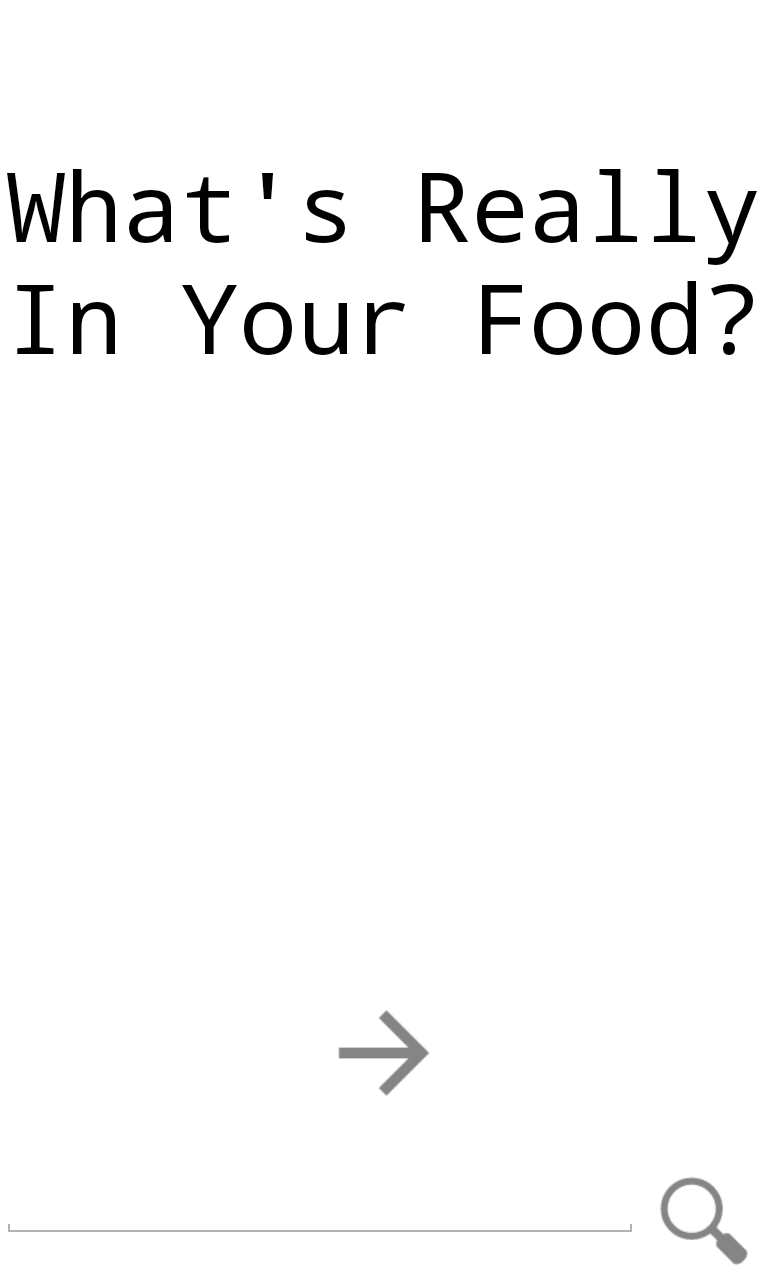
Repository: sehmon/workspace-eclipse
Layout: WhatAmIEating/res/layout/activity_scan.xml
The author's editor kept a copy of each file at every save. The layout is drawn from the files as they stood at one save, then again after the next save.
It is drawn on a 768 x 1280 px phone screen (xhdpi) without system bars, with theme android:Theme.Holo.Light.NoActionBar.Fullscreen; the app's code is not run. The app's manifest (not shown) leaves right-to-left support off. So textAlignment, textDirection and layoutDirection are ignored, and left and right values win over start and end ones.

Above is the layout before, as saved 2014-04-13 11:19:50.

### WhatAmIEating/res/layout/activity_scan.xml
<RelativeLayout xmlns:android="http://schemas.android.com/apk/res/android"
    xmlns:tools="http://schemas.android.com/tools"
    android:id="@+id/container"
    android:layout_width="match_parent"
    android:layout_height="match_parent" >

    <EditText
        android:id="@+id/editText1"
        android:layout_width="wrap_content"
        android:layout_height="wrap_content"
        android:layout_alignLeft="@+id/textView1"
        android:layout_alignParentBottom="true"
        android:layout_marginBottom="20dp"
        android:layout_toLeftOf="@+id/imageButton1"
        android:ems="10" />

    <ImageButton
        android:id="@+id/imageButton1"
        android:layout_width="wrap_content"
        android:layout_height="wrap_content"
        android:layout_alignRight="@+id/textView1"
        android:layout_alignTop="@+id/editText1"
        android:background="#0000"
        android:src="@drawable/ic_action_search" />

    <ImageButton
        android:id="@+id/scanButton"
        android:layout_width="wrap_content"
        android:layout_height="wrap_content"
        android:layout_above="@+id/editText1"
        android:layout_centerHorizontal="true"
        android:layout_marginBottom="22dp"
        android:background="#0000"
        android:src="@drawable/ic_action_forward" />

    <TextView
        android:id="@+id/textView1"
        android:layout_width="wrap_content"
        android:layout_height="wrap_content"
        android:layout_alignParentLeft="true"
        android:layout_alignParentTop="true"
        android:layout_marginTop="70dp"
        android:gravity="center_horizontal"
        android:text="What&apos;s Really In Your Food?"
        android:textAlignment="center"
        android:textAppearance="?android:attr/textAppearanceLarge"
        android:textSize="48sp"
        android:typeface="monospace" />

</RelativeLayout>

After the next save:
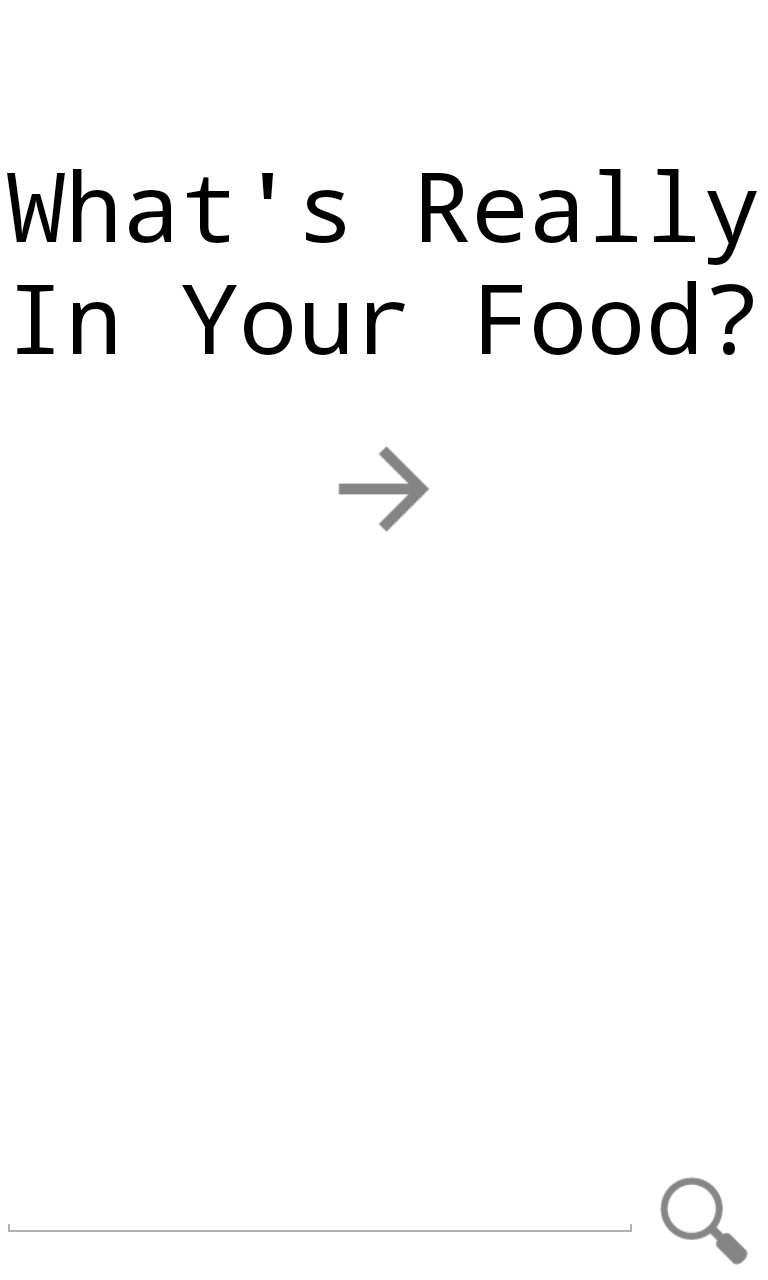
Saved 22 s later.
--- a/WhatAmIEating/res/layout/activity_scan.xml
+++ b/WhatAmIEating/res/layout/activity_scan.xml
@@ -23,16 +23,6 @@
         android:background="#0000"
         android:src="@drawable/ic_action_search" />
 
-    <ImageButton
-        android:id="@+id/scanButton"
-        android:layout_width="wrap_content"
-        android:layout_height="wrap_content"
-        android:layout_above="@+id/editText1"
-        android:layout_centerHorizontal="true"
-        android:layout_marginBottom="22dp"
-        android:background="#0000"
-        android:src="@drawable/ic_action_forward" />
-
     <TextView
         android:id="@+id/textView1"
         android:layout_width="wrap_content"
@@ -47,4 +37,14 @@
         android:textSize="48sp"
         android:typeface="monospace" />
 
+    <ImageButton
+        android:id="@+id/scanButton"
+        android:layout_width="wrap_content"
+        android:layout_height="wrap_content"
+        android:layout_below="@+id/textView1"
+        android:layout_centerHorizontal="true"
+        android:layout_marginTop="22dp"
+        android:background="#0000"
+        android:src="@drawable/ic_action_forward" />
+
 </RelativeLayout>
